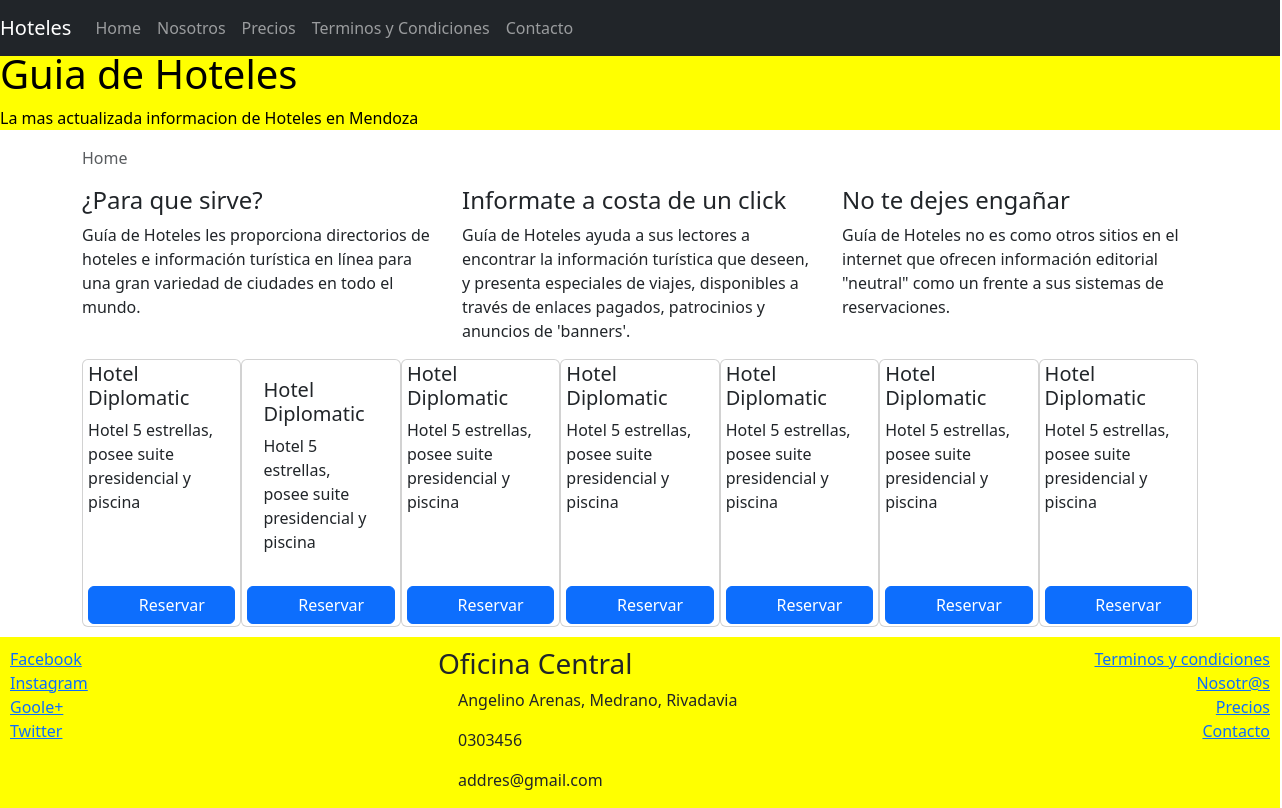
Repository: JulianMoralesSantoni/PaginaHoteles
Page: index.html
An editor plug-in stored every save of this project. The page is shown before and after the next save, followed by the edit.
The browser window is 1280 px wide. The page is 1282 px wide, so the pictures cover 1282 px, including what lies to the right of the window. The pictures show the whole page.
Some web fonts or font styles are not loaded; a fallback is used. Some web libraries are served in a nearby version.

Above is the page before, as saved 2021-03-30 01:08:09.

### index.html
<!doctype html>
<html lang="en">
  <head>
    <!-- Required meta tags -->
    <meta charset="utf-8">
    <meta name="viewport" content="width=device-width, initial-scale=1, shrink-to-fit=no">

    <!-- Bootstrap CSS -->
    <link rel="stylesheet" href="node_modules/bootstrap/dist/css/bootstrap.min.css" >
    <link rel="stylesheet" href="css/main.css" >
    <link rel="stylesheet" href="node_modules/open-iconic/font/css/open-iconic-bootstrap.min.css" >

    <title>Guia de Hoteles</title>
  </head>
  <body>
    <nav class="navbar navbar-expand-md navbar-dark bg-dark fixed-top" >
      <a class="navbar-brand" href="./index.html">Hoteles</a>
      <button class="navbar-toggler" type="button" data-toggle="collapse" data-target="#navbarNav" aria-controls="navbarNav" aria-expanded="false" aria-label="Toggle navigation">
        <span class="navbar-toggler-icon"></span>
      </button>
      <div class="collapse navbar-collapse" id="navbarNav">
        <ul class="navbar-nav">
          <li class="nav-item active">
            <a class="nav-link" href="./index.html">Home </a>
          </li>
          <li class="nav-item">
            <a class="nav-link" href="./about.html">Nosotros</a>
          </li>
          <li class="nav-item">
            <a class="nav-link" href="./Precios.html">Precios</a>
          </li>
          <li class="nav-item">
            <a class="nav-link" href="#">Terminos y Condiciones</a>
          </li>
          <li class="nav-item">
            <a class="nav-link" href="./contacto.html">Contacto</a>
          </li>
        </ul>
      </div>
    </nav>
    <div class="jumbotron">
      <h1>Guia de Hoteles</h1>

      <p>La mas actualizada informacion de Hoteles en Mendoza</p>
    </div>

    <div class="container">
      <nav aria-label="breadcrumb">
        <ol class="breadcrumb">
          <li class="breadcrumb-item active" aria-current="page">Home</li>
        </ol>
      </nav>


       <div class="row">
          <div class="col-sm-4 ">
            <h4>¿Para que sirve?</h4>
                  <p>Guía de Hoteles les proporciona directorios de hoteles e información turística en línea para una gran variedad de ciudades en todo el mundo.</p>
          </div>
          <div class="col-sm-4 ">
            <h4>Informate a costa de un click</h4>
                  <p>Guía de Hoteles ayuda a sus lectores a encontrar la información turística que deseen, y presenta especiales de viajes, disponibles a través de enlaces pagados, patrocinios y anuncios de 'banners'.</p>
          </div>
          <div class="col-sm-4 ">
            <h4>No te dejes engañar</h4>

                  <p>Guía de Hoteles no es como otros sitios en el internet que ofrecen información editorial "neutral" como un frente a sus sistemas de reservaciones.</p>
          </div>



    <div class="d-flex flex-wrap flex-row-reverse">
       <div class=" card card-hotel d-flex flex-column justify-content-between ">
           <div>
             <h5>Hotel Diplomatic</h5>
              <p>Hotel 5 estrellas, posee suite presidencial y piscina</p></div>
              <div><button class="btn btn-primary  btn-reserva"><span class="oi oi-plus footer-address-icon" ></span>Reservar</button></div>
            </div>


    <div class="card card-hotel d-flex flex-column justify-content-between">
      <div> <h5>Hotel Diplomatic</h5>
              <p>Hotel 5 estrellas, posee suite presidencial y piscina</p></div>
              <div><button class="btn btn-primary btn-reserva"><span class="oi oi-plus footer-address-icon" ></span>Reservar</button></div>


    </div>

    <div class="card card-hotel d-flex flex-column justify-content-between">

       <div><h5>Hotel Diplomatic</h5>
              <p>Hotel 5 estrellas, posee suite presidencial y piscina</p></div>
              <div><button class="btn btn-primary btn-reserva"><span class="oi oi-plus footer-address-icon" ></span>Reservar</button></div>

    </div>

    <div class="card card-hotel d-flex flex-column justify-content-between">
       <div><h5>Hotel Diplomatic</h5>
              <p>Hotel 5 estrellas, posee suite presidencial y piscina</p></div>
              <div><button class="btn btn-primary btn-reserva"><span class="oi oi-plus footer-address-icon" ></span>Reservar</button></div>

    </div>

    <div class=" card card-hotel d-flex flex-column justify-content-between">
           <div>
             <h5>Hotel Diplomatic</h5>
              <p>Hotel 5 estrellas, posee suite presidencial y piscina</p></div>
              <div><button class="btn btn-primary  btn-reserva"><span class="oi oi-plus footer-address-icon" ></span>Reservar</button></div>
            </div>

  <div class="card card-hotel d-flex flex-column justify-content-between">
           <div class="card-body">
             <h5 class="card-title">Hotel Diplomatic</h5>
              <p>Hotel 5 estrellas, posee suite presidencial y piscina</p></div>
              <div><button class="btn btn-primary  btn-reserva"><span class="oi oi-plus footer-address-icon" ></span>Reservar</button></div>
            </div>
  <div class="card card-hotel d-flex flex-column justify-content-between">
           <div>
             <h5>Hotel Diplomatic</h5>
              <p>Hotel 5 estrellas, posee suite presidencial y piscina</p></div>
              <div><button class="btn btn-primary  btn-reserva"><span class="oi oi-plus footer-address-icon" ></span>Reservar</button></div>
            </div>




    </div>
  </div>
</div>

 <footer>
   <div class="row">
     <div class="col-sm-4 d-flex flex-column ">
      <a href="http:www.facebook.com"><span class="iconic iconic-social-facebook iconic-sm" title="social facebook" aria-hidden="true"></span>Facebook</a>
      <a href="http:www.instagram">Instagram</a>
      <a href="http:www.google.com">Goole+</a>
      <a href="http:www.Twitter.com"><span class="iconic iconic-social-twitter iconic-sm" title="social twitter" aria-hidden="true"></span>Twitter</a>
     </div>
   <div class="col-sm-4">
    <address>
      <h3>Oficina Central</h3>
      <p><span class="oi oi-home footer-address-icon" ></span>Angelino Arenas, Medrano, Rivadavia</p>
      <p><span class="oi oi-phone footer-address-icon" > </span>0303456</p>
      <p><span class="oi oi-inbox footer-address-icon" ></span>addres@gmail.com</p>


    </address>
  </div>
  <div class="col-sm-4 d-flex flex-column align-items-end">
     <a href="http:www.facebook.com">Terminos y condiciones</a>
      <a href="http:www.instagram">Nosotr@s</a>
      <a href="http:www.google.com">Precios</a>
      <a href="http:www.Twitter.com">Contacto</a>


  </div>


 </footer>


    <!-- Optional JavaScript -->
    <!-- jQuery first, then Popper.js, then Bootstrap JS -->
 <!--<script src="node_modules/jquery/dist/jquery.min.js" integrity="sha384-DfXdz2htPH0lsSSs5nCTpuj/zy4C+OGpamoFVy38MVBnE+IbbVYUew+OrCXaRkfj" crossorigin="anonymous"></script>
    <script src="node_modules/popper.js/dist/popper.min.js" integrity="sha384-9/reFTGAW83EW2RDu2S0VKaIzap3H66lZH81PoYlFhbGU+6BZp6G7niu735Sk7lN" crossorigin="anonymous"></script>
    <script src="node_modules/bootstrap/dist/js/bootstrap.min.js" integrity="sha384-B4gt1jrGC7Jh4AgTPSdUtOBvfO8shuf57BaghqFfPlYxofvL8/KUEfYiJOMMV+rV" crossorigin="anonymous"></script> -->
    <script src="https://code.jquery.com/jquery-3.5.1.slim.min.js" integrity="sha384-DfXdz2htPH0lsSSs5nCTpuj/zy4C+OGpamoFVy38MVBnE+IbbVYUew+OrCXaRkfj" crossorigin="anonymous"></script>
<script src="https://cdn.jsdelivr.net/npm/bootstrap@4.5.3/dist/js/bootstrap.bundle.min.js" integrity="sha384-ho+j7jyWK8fNQe+A12Hb8AhRq26LrZ/JpcUGGOn+Y7RsweNrtN/tE3MoK7ZeZDyx" crossorigin="anonymous"></script>
  </body>
</html>

### css/main.css
.jumbotron{

	background-color: yellow;
	color:black;
	margin-top: 50px;

}


footer{
	padding: 10px 10px 0 10px;
	background-color: yellow;

	margin-bottom: : 0px;
	margin-top: 10px;

}
.card-hotel{
	flex: 1 150px;
	padding: 2px 5px 2px 5px;

}
.btn-reserva{
	width: 100%;
	position: all;


}
.footer-address-icon{

	padding-right: 20px;
}

After the next save:
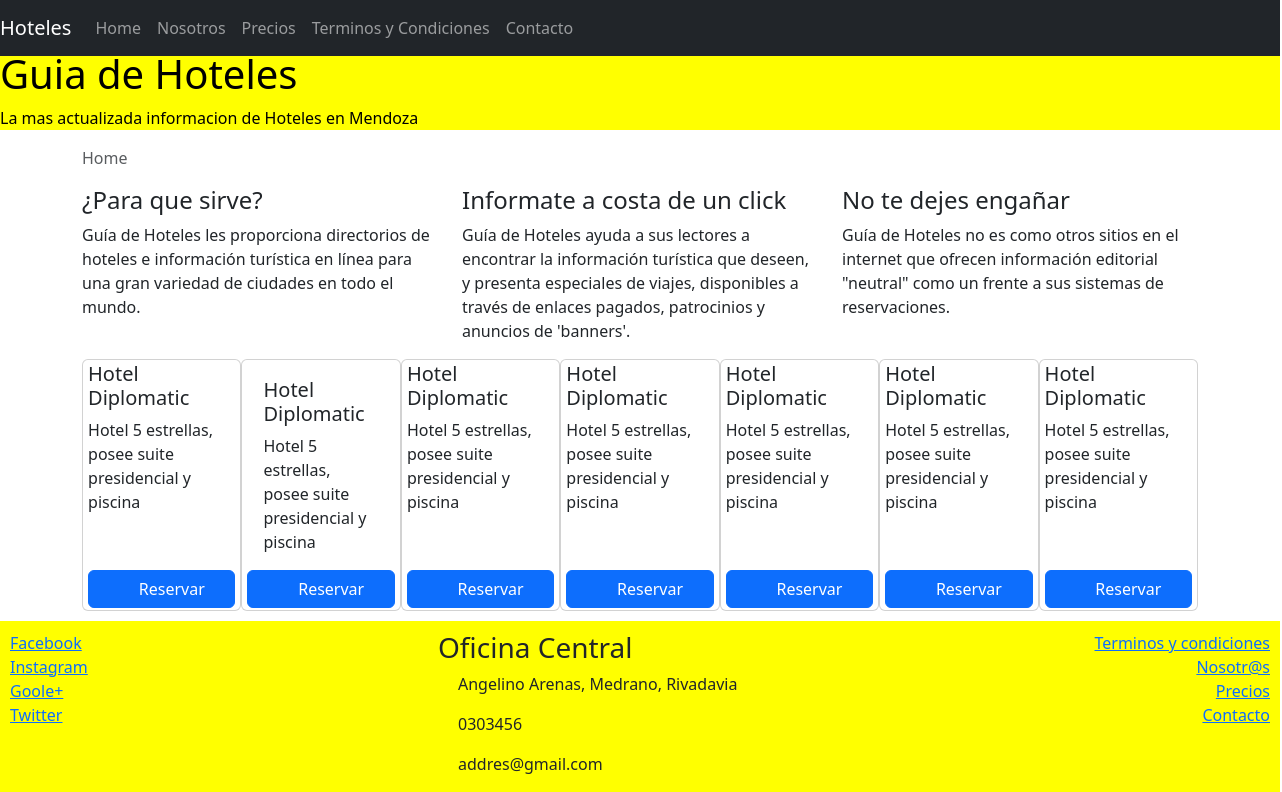
Saved 30 s later.
--- a/index.html
+++ b/index.html
@@ -111,7 +111,7 @@
   <div class="card card-hotel d-flex flex-column justify-content-between">
            <div class="card-body">
              <h5 class="card-title">Hotel Diplomatic</h5>
-              <p>Hotel 5 estrellas, posee suite presidencial y piscina</p></div>
+              <p class="card-text">Hotel 5 estrellas, posee suite presidencial y piscina</p></div>
               <div><button class="btn btn-primary  btn-reserva"><span class="oi oi-plus footer-address-icon" ></span>Reservar</button></div>
             </div>
   <div class="card card-hotel d-flex flex-column justify-content-between">
